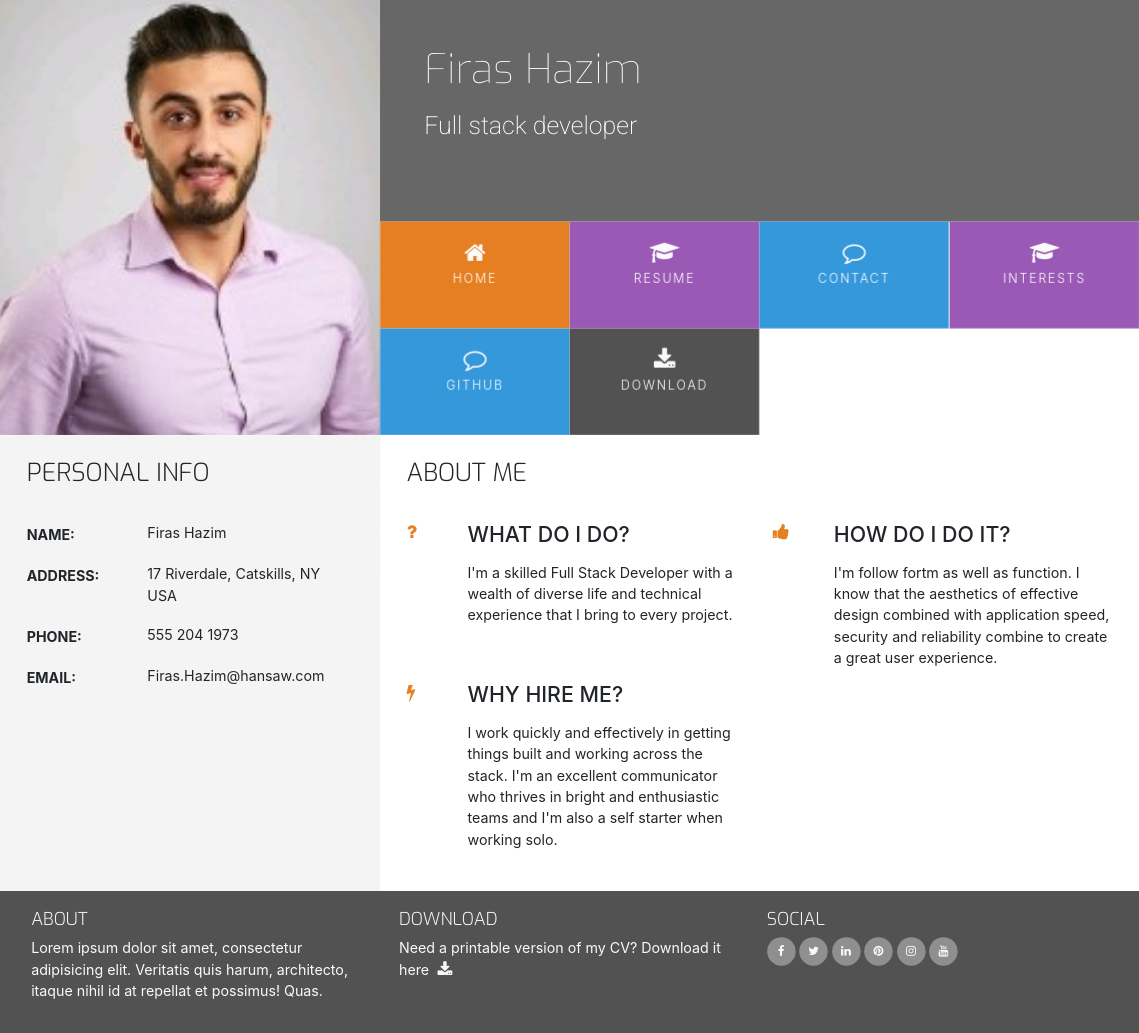
Repository: FirasH94/ResumeProject
Page: index.html
The author's editor kept a record of every edit. The page is drawn from the files as they stood at one moment, then again after the next edit.
The browser window is 1280 px wide. The pictures show the whole page, at 89% of full size.

Above is the page before.

After the next edit:
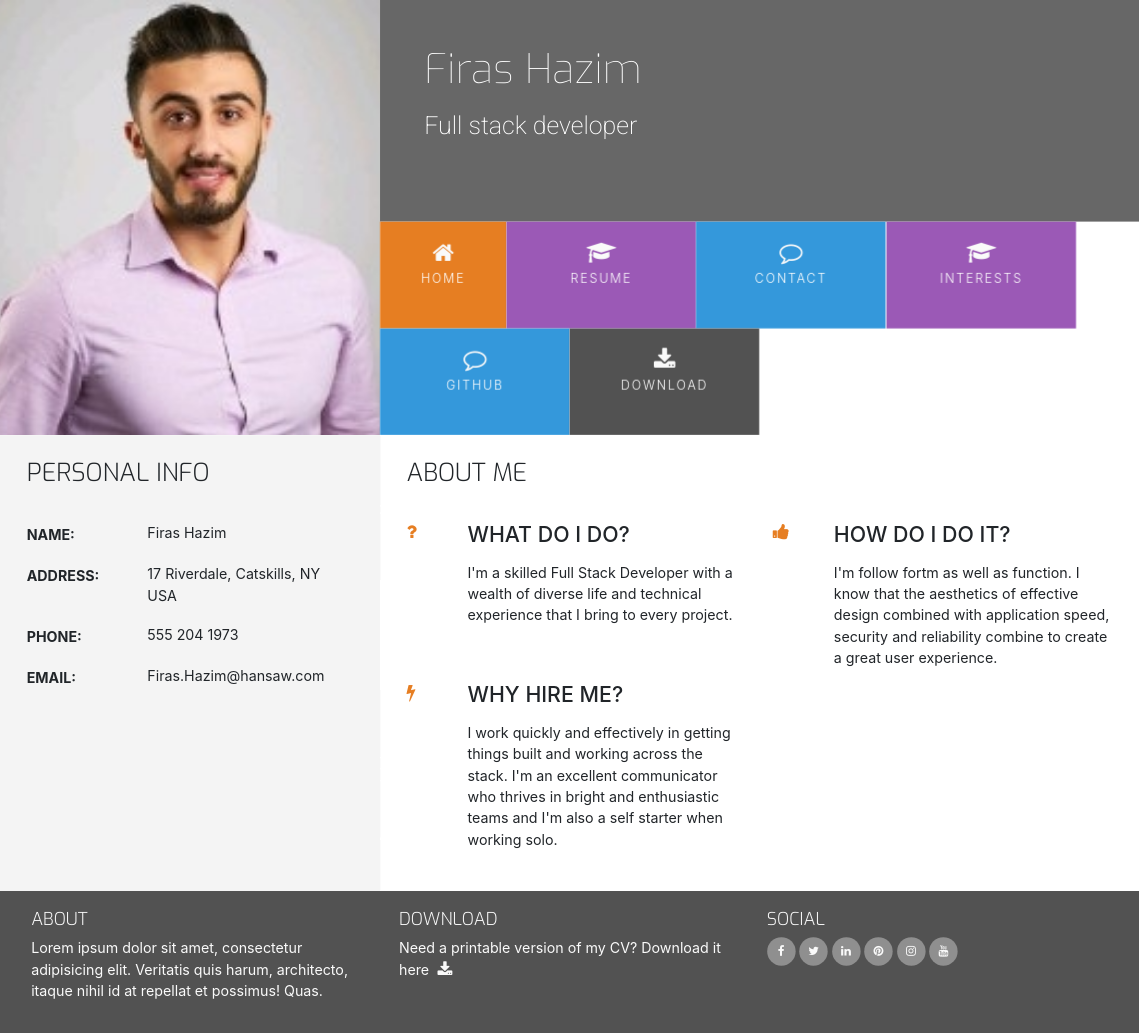
The edit:
--- a/index.html
+++ b/index.html
@@ -26,7 +26,7 @@
                 <div class="row no-gutters">
                     <div class="col">
                         <ul id="nav" class="list-inline menucontainer">
-                            <li class="col-6 col-sm-3 ui-menu-color-home list-inline-item menuitem hvr-sweep-to-bottom">
+                            <li class="col-6 col-sm-2 ui-menu-color-home list-inline-item menuitem hvr-sweep-to-bottom">
                                 <a href="index.html"><i class="fa fa-home" aria-hidden="true"></i><span>Home</span></a>
                             </li>
                             <li class="col-6 col-sm-3 ui-menu-color-resume list-inline-item menuitem hvr-sweep-to-bottom">
